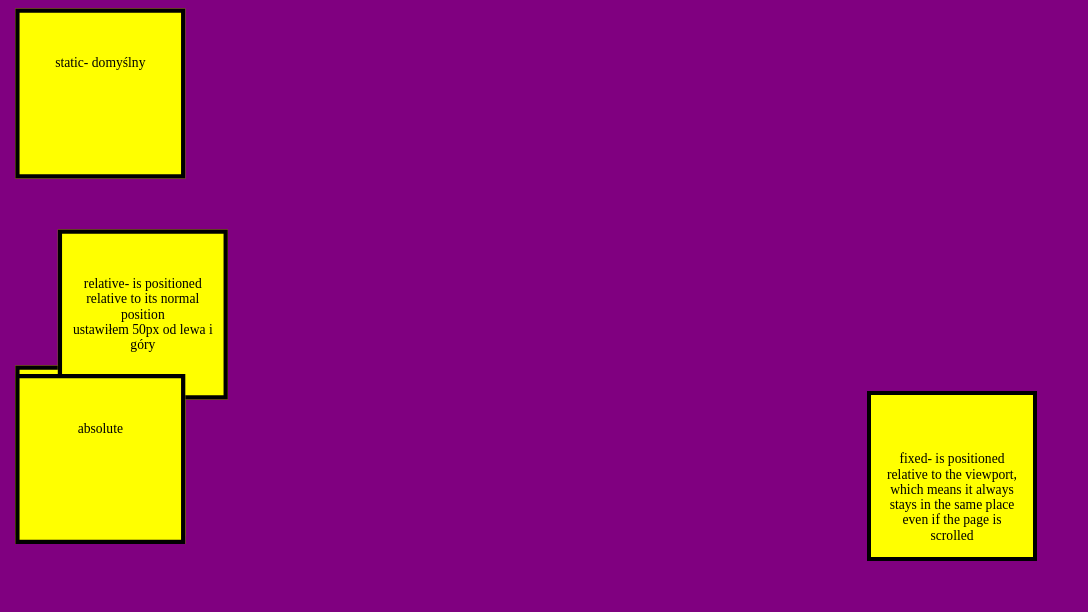
Repository: quenrythane/homepage
Page: CSS positions/CSS-positions.html
The author's editor kept a copy of each file at every save. The page is drawn from the files as they stood at one save, then again after the next save.
The browser window is 1280 px wide. The pictures show the whole page, at 85% of full size.

Above is the page before, as saved 2020-10-11 03:55:35.

After the next save:
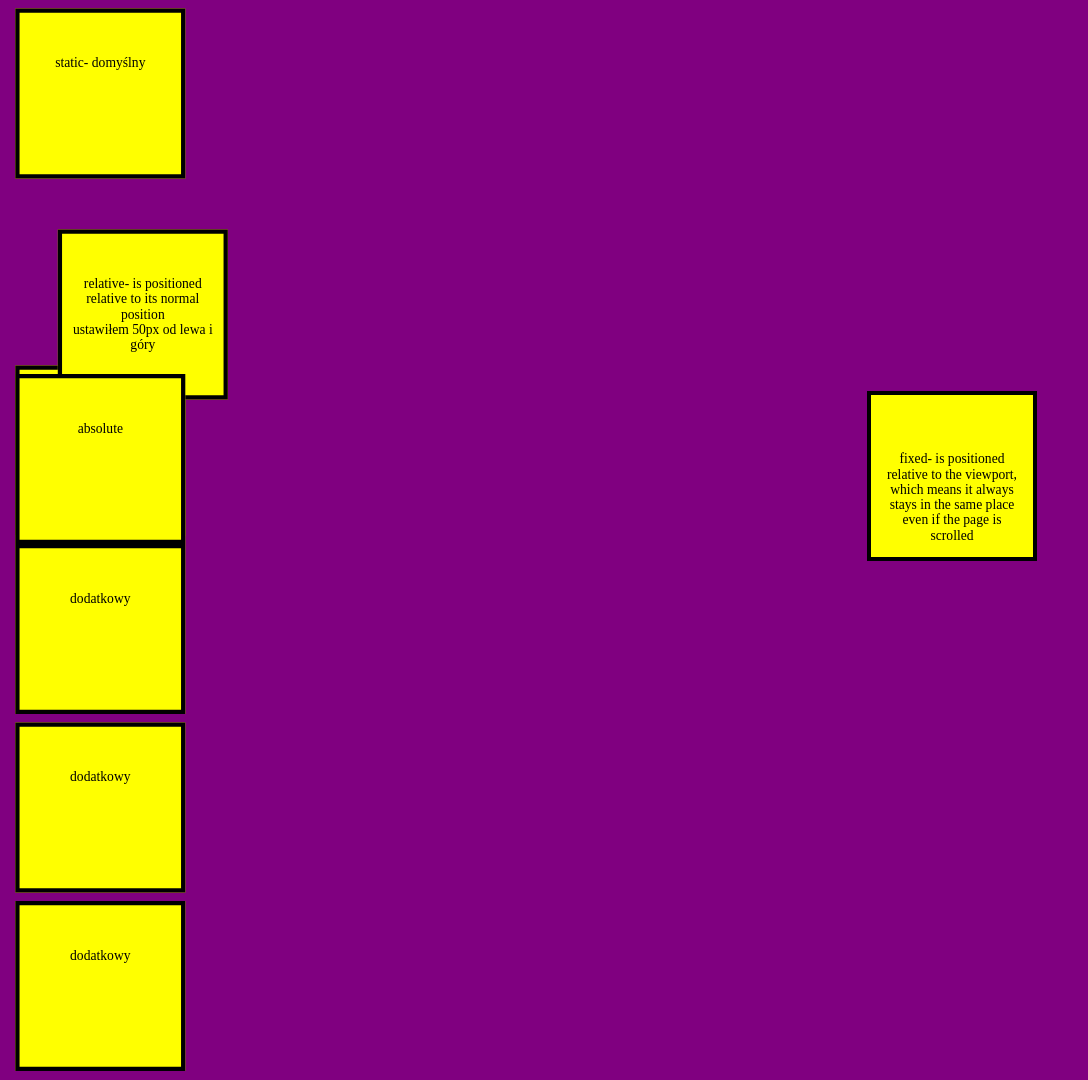
Saved 41 s later.
--- a/CSS positions/CSS-positions.html
+++ b/CSS positions/CSS-positions.html
@@ -18,5 +18,8 @@
     </div>
     <div class="box absolute">absolute</div>
     <div class="box sticky">sticky</div>
+    <div class="box">dodatkowy</div>
+    <div class="box">dodatkowy</div>
+    <div class="box">dodatkowy</div>
 </body>
 </html>
